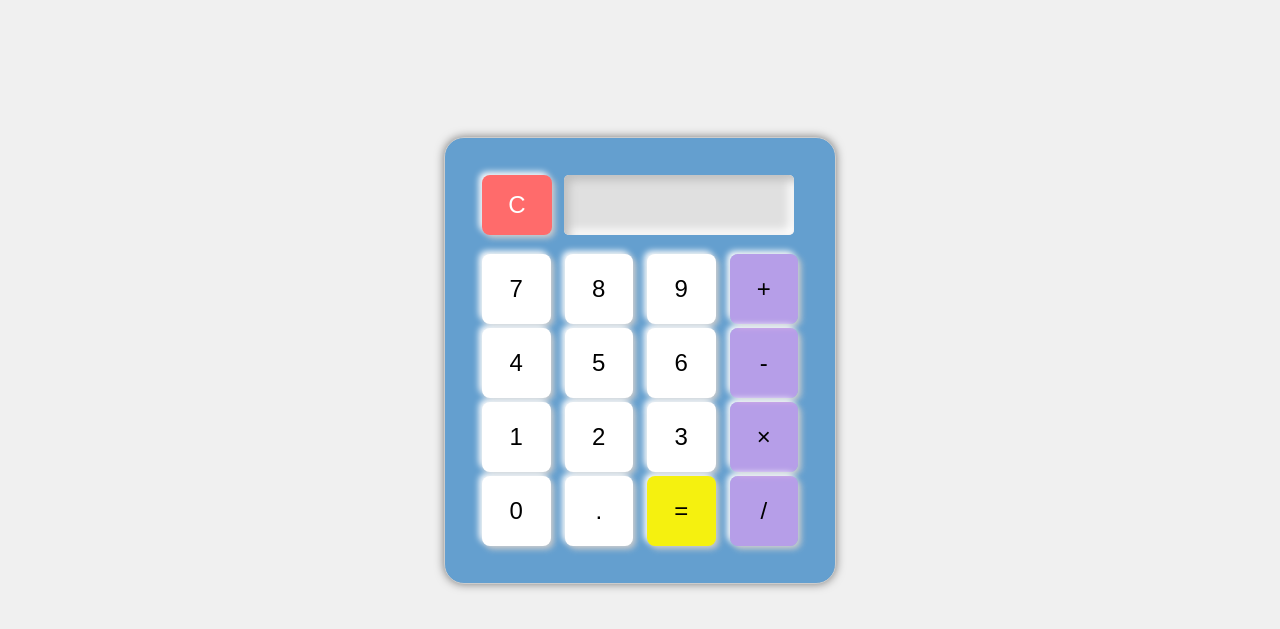
Repository: Burnmyheart/calculator
Page: index.html
An editor plug-in stored every save of this project. The page is shown before and after the next save, followed by the edit.
The browser window is 1280 px wide. The pictures show the whole page.

Above is the page before, as saved 2025-04-29 00:14:55.

### index.html
<!DOCTYPE html>
<html lang="en">
  <head>
    <meta charset="UTF-8" />
    <meta name="viewport" content="width=device-width, initial-scale=1.0" />
    <title>Калькулятор</title>
    <link rel="stylesheet" href="style.css" />
  </head>
  <body>
    <div class="calculator">
      <!-- Поле вывода и кнопка сброса -->
      <div class="display-container">
        <button class="clear" onclick="clearDisplay()">C</button>
        <input class="input" type="text" id="display" readonly />
      </div>

      <!-- Кнопки калькулятора -->
      <div>
        <button onclick="addNumber('7')">7</button>
        <button onclick="addNumber('8')">8</button>
        <button onclick="addNumber('9')">9</button>
        <button class="operation" onclick="addOperation('+')">+</button>
      </div>
      <div>
        <button onclick="addNumber('4')">4</button>
        <button onclick="addNumber('5')">5</button>
        <button onclick="addNumber('6')">6</button>
        <button class="operation" onclick="addOperation('-')">-</button>
      </div>
      <div>
        <button onclick="addNumber('1')">1</button>
        <button onclick="addNumber('2')">2</button>
        <button onclick="addNumber('3')">3</button>
        <button class="operation" onclick="addOperation('*')">×</button>
      </div>
      <div>
        <button onclick="addNumber('0')">0</button>
        <button onclick="addNumber('.')">.</button>
        <button class="calculate" onclick="calculate()">=</button>
        <button class="operation" onclick="addOperation('/')">/</button>
      </div>
    </div>

    <script src="calculator.js"></script>
  </body>
</html>

### style.css
/* Базовые стили для читаемости */
body {
  display: flex;
  justify-content: center;
  align-items: center;
  min-height: 100vh;
  margin: 0;
  background-color: #f0f0f0;
}

.calculator {
  background-color: #649fcf;
  padding: 35px;
  border: 1px solid #ccc;
  border-radius: 20px;
  width: 320px;
  box-shadow: 0 0 10px 0 rgba(0, 0, 0, 0.5);
}

input {
  border-radius: 10px;
  background: #e0e0e0;
  box-shadow: inset 5px 5px 10px #bebebe, inset -5px -5px 10px #ffffff;
}

.display-container {
  margin-bottom: 15px;
  display: flex;
  align-items: center;
  gap: 10px;
}

#display {
  width: 200px;
  height: 50px;
  padding: 5px 15px;
  text-align: right;
  font-size: 24px;
  border-radius: 5px;
  border: none;
}

.calculator > div:not(.display-container) {
  display: flex;
  justify-content: center;
  gap: 10px;
}

button {
  width: 70px;
  height: 70px;
  margin: 2px;
  border: none;
  background-color: white;
  border-radius: 8px;
  font-size: 24px;
  cursor: pointer;
  transition: all 0.2s ease;
  box-shadow: 3px 3px 6px #ccc, -3px -3px 6px #fff;
}
button:hover {
  transform: scale(1.1);
  box-shadow: 0 0 10px rgba(0, 0, 0, 0.2);
}

.clear {
  background-color: #ff6b6b;
  color: white;
  height: 60px;
}
.clear:hover {
  background-color: #ff5252;
}
.calculate {
  background-color: #f5f10f;
}
.calculate:hover {
  background-color: #e6e200;
}
.operation {
  background-color: #ef9efa98;
}
.operation:hover {
  background-color: #ef9efa;
}

### calculator.js
// Получаем элемент дисплея
const display = document.getElementById("display");

// Переменные для хранения данных
let firstNumber = "";
let operator = "";
let newNumber = false;

// Добавление цифры
function addNumber(num) {
  if (newNumber) {
    display.value = num;
    newNumber = false;
  } else {
    display.value += num;
  }
}

// Добавление операции
function addOperation(op) {
  if (display.value !== "") {
    firstNumber = display.value;
    operator = op;
    newNumber = true;
  }
}

// Вычисление результата
function calculate() {
  if (firstNumber && operator && display.value) {
    let result;
    let a = parseFloat(firstNumber);
    let b = parseFloat(display.value);

    switch (operator) {
      case "+":
        result = a + b;
        break;
      case "-":
        result = a - b;
        break;
      case "*":
        result = a * b;
        break;
      case "/":
        if (b === 0) {
          result = "Ошибка";
        } else {
          result = a / b;
        }
        break;
    }

    display.value = result;
    firstNumber = "";
    operator = "";
    newNumber = true;
  }
}

// Очистка дисплея
function clearDisplay() {
  display.value = "";
  firstNumber = "";
  operator = "";
  newNumber = false;
}

document.addEventListener("keydown", function (event) {
  if (/[0-9.]/.test(event.key)) {
    addNumber(event.key);
  } else if (["+", "-", "*", "/"].includes(event.key)) {
    addOperation(event.key);
  } else if (event.key === "=" || event.key === "Enter") {
    calculate();
  } else if (event.key === "Escape" || event.key === "Delete") {
    clearDisplay();
  } else if (event.key === "Backspace") {
    display.value = display.value.slice(0, -1);
  }
});

After the next save:
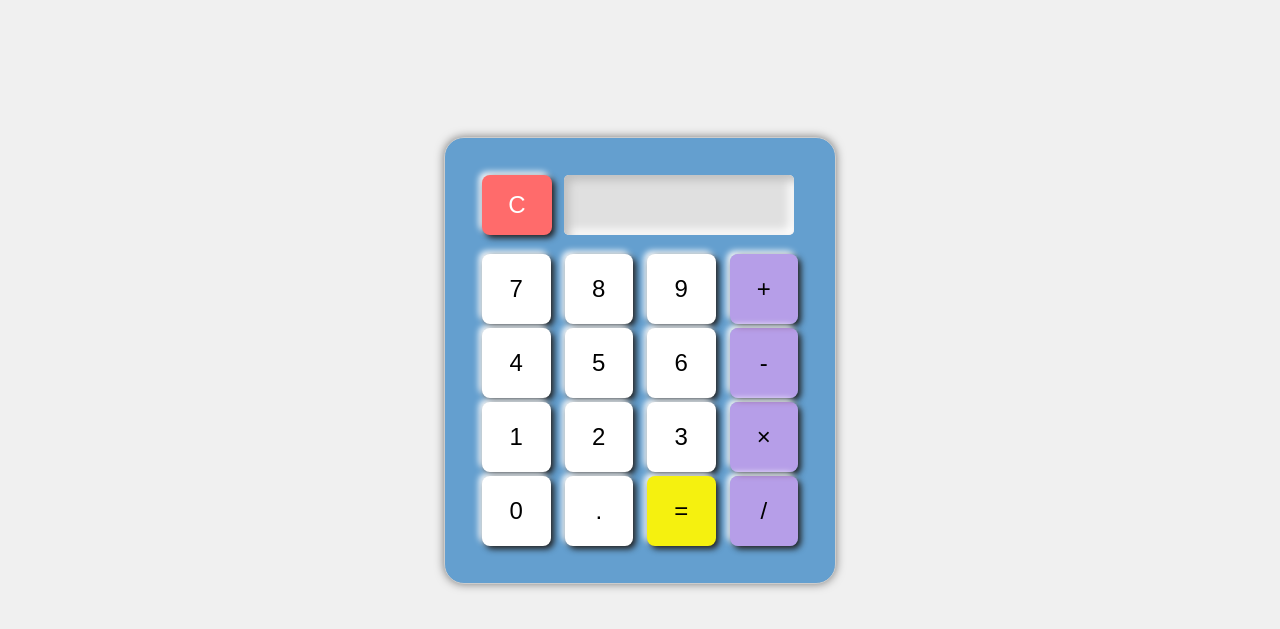
Saved 10 s later.
--- a/style.css
+++ b/style.css
@@ -56,7 +56,7 @@ button {
   font-size: 24px;
   cursor: pointer;
   transition: all 0.2s ease;
-  box-shadow: 3px 3px 6px #ccc, -3px -3px 6px #fff;
+  box-shadow: 3px 3px 6px #1d1d1d, -3px -3px 6px #fff;
 }
 button:hover {
   transform: scale(1.1);
